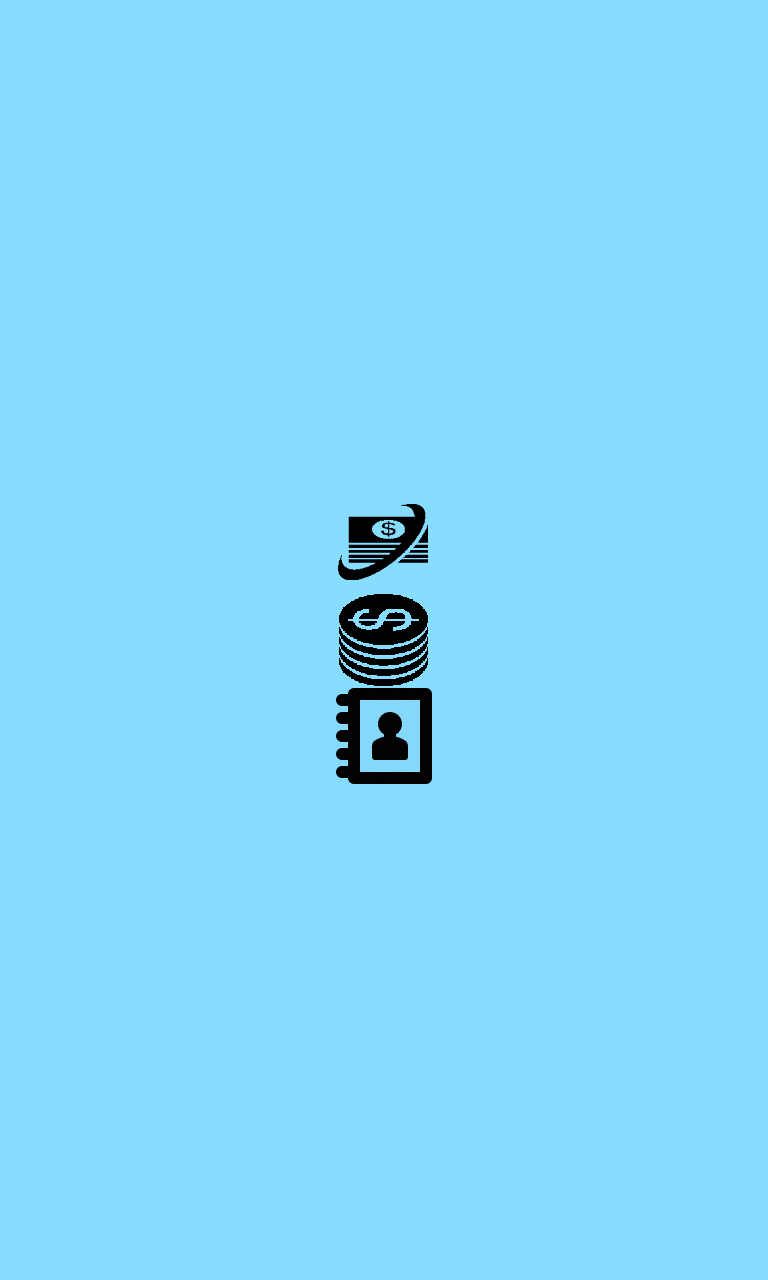
Repository: wisingd/Dajoroli
Layout: Workspace/SplitIt/res/layout/fragment_main.xml
The author's editor kept a copy of each file at every save. The layout is drawn from the files as they stood at one save, then again after the next save.
It is drawn on a 768 x 1280 px phone screen (xhdpi) without system bars, with theme AppTheme; the app's code is not run.

Above is the layout before, as saved 2014-05-17 12:49:01.

### Workspace/SplitIt/res/layout/fragment_main.xml
<?xml version="1.0" encoding="utf-8"?>
<RelativeLayout xmlns:android="http://schemas.android.com/apk/res/android"
    xmlns:tools="http://schemas.android.com/tools"
    android:layout_width="match_parent"
    android:layout_height="match_parent"
    android:background="#87DDFF"
    android:paddingLeft="16dp"
    android:paddingRight="16dp" >

    <LinearLayout
        android:layout_width="wrap_content"
        android:layout_height="wrap_content"
        android:layout_centerHorizontal="true"
        android:layout_centerVertical="true"
        android:orientation="vertical" >

        <ImageButton
            android:layout_width="wrap_content"
            android:layout_height="wrap_content"
            android:onClick="startEvent"
            android:src="@drawable/dollars8"
            android:background="@android:color/transparent" />

        <ImageButton
            android:layout_width="wrap_content"
            android:layout_height="wrap_content"
            android:background="@android:color/transparent"
            android:onClick="startDebtMenu"
            android:src="@drawable/coins8" />

        <ImageButton
            android:layout_width="wrap_content"
            android:layout_height="wrap_content"
            android:onClick="startContactMenu"
            android:src="@drawable/wygj"
            android:background="@android:color/transparent" />
    </LinearLayout>

</RelativeLayout>

Loaded but not shown: Workspace/SplitIt/res/values/styles.xml (common file); Workspace/SplitIt/res/values-v11/styles.xml (common file); Workspace/SplitIt/res/values-v14/styles.xml (common file)

After the next save:
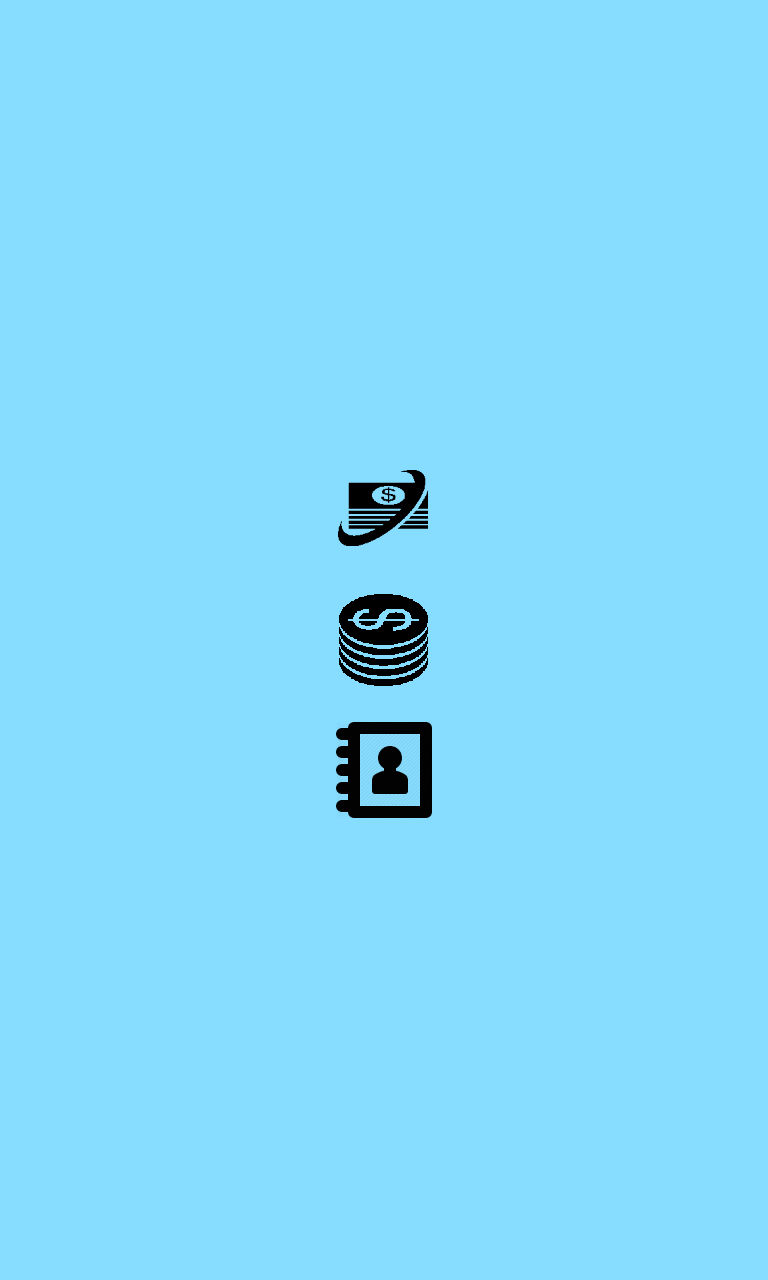
Saved 6 min 46 s later.
--- a/Workspace/SplitIt/res/layout/fragment_main.xml
+++ b/Workspace/SplitIt/res/layout/fragment_main.xml
@@ -15,25 +15,26 @@
         android:orientation="vertical" >
 
         <ImageButton
-            android:layout_width="wrap_content"
-            android:layout_height="wrap_content"
+            android:layout_width="65dp"
+            android:layout_height="65dp"
+            android:background="@android:color/transparent"
             android:onClick="startEvent"
-            android:src="@drawable/dollars8"
-            android:background="@android:color/transparent" />
+            android:src="@drawable/dollars8" />
 
         <ImageButton
-            android:layout_width="wrap_content"
-            android:layout_height="wrap_content"
+            android:layout_width="65dp"
+            android:layout_height="65dp"
             android:background="@android:color/transparent"
             android:onClick="startDebtMenu"
             android:src="@drawable/coins8" />
 
         <ImageButton
-            android:layout_width="wrap_content"
-            android:layout_height="wrap_content"
+            android:layout_width="65dp"
+            android:layout_height="65dp"
+            android:background="@android:color/transparent"
             android:onClick="startContactMenu"
-            android:src="@drawable/wygj"
-            android:background="@android:color/transparent" />
+            android:src="@drawable/wygj" />
+
     </LinearLayout>
 
 </RelativeLayout>
